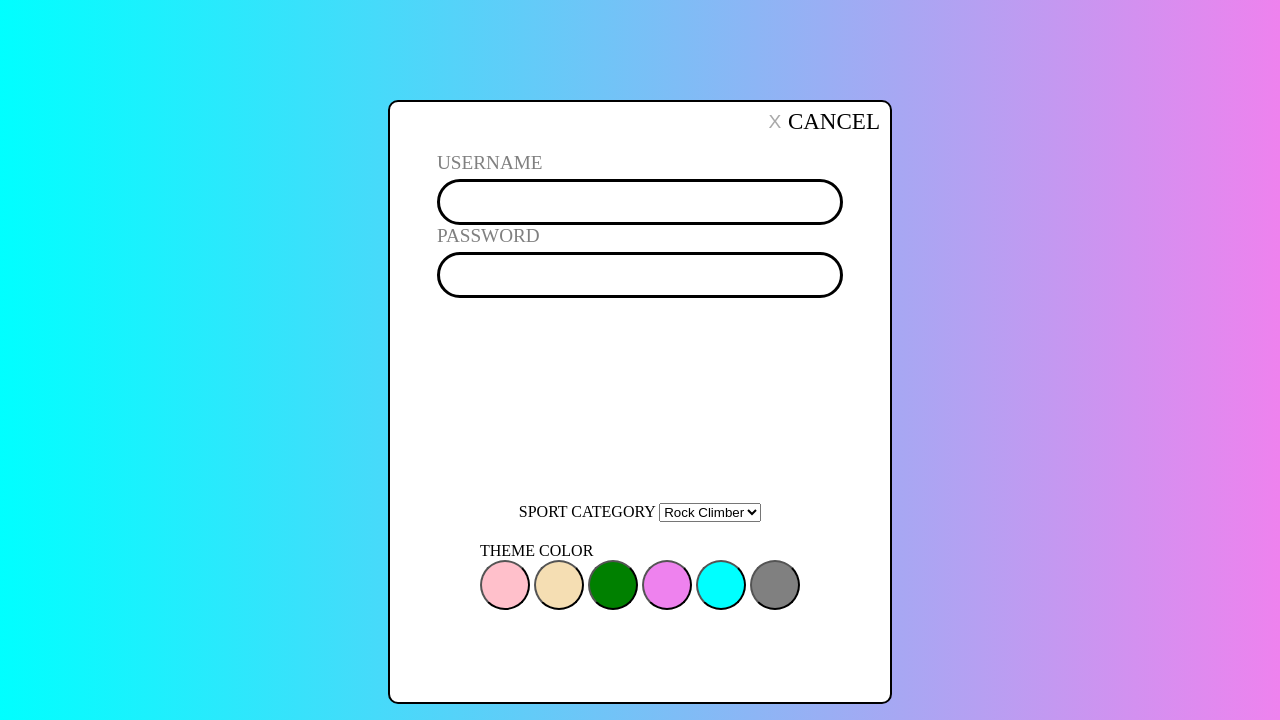
Repository: zRush1202/LoginPage-demo
Page: dom/exercise/login.html
The author's editor kept a copy of each file at every save. The page is drawn from the files as they stood at one save, then again after the next save.
The browser window is 1280 px wide. The pictures show the whole page.

Above is the page before, as saved 2023-09-17 09:38:53.

### dom/exercise/login.html
<!DOCTYPE html>
<html lang="en">
<head>
    <meta charset="UTF-8">
    <meta name="viewport" content="width=device-width, initial-scale=1.0">
    <title>Login page</title>
    <link rel="stylesheet" href="login.css">
</head>
<body>
    <div class="login">
        <div class="cancel">
            <button class="X">X</button>
            <span class="cancel">CANCEL</span>
        </div>
        <div class="tk">
            <span class="us">USERNAME</span>
            <br>
            <input type="USERNAME" class="user">
            <br>
            <span class="pa">PASSWORD</span>
            <br>
            <input type="PASSWORD" class="pass">
            <br>
        </div>
        <div class="lab">
            <label for="sport">SPORT CATEGORY</label>
            <select name="sport" id="sport">
                <option value="rc">Rock Climber</option>
                <option value="fb">Football</option>
                <option value="bkb">basketball</option>
                <option value="sm">swimming</option>
            </select>
        </div>
        <div class="theme">
            <span>THEME COLOR</span>
            <br>
            <button class="bgc" style="background-color: pink;"> </button>
            <button class="bgc" style="background-color: wheat;"> </button>
            <button class="bgc" style="background-color: green;"> </button>
            <button class="bgc" style="background-color: violet;"> </button>
            <button class="bgc" style="background-color: cyan;"> </button>
            <button class="bgc" style="background-color: gray;"> </button>
        </div>
    </div>
</body>
</html>

### dom/exercise/login.css
* {
    margin: 0;
    padding: 0;
}

body {
    display: flex;
    justify-content: center;
    align-items: center;
    position: relative;
    top: 100px;
    background-image: linear-gradient(to right, cyan, violet);
}

.login {
    display: block;
    width: 500px;
    height: 600px;
    background-color: white;
    border: 2px solid black;
    border-radius: 10px;
    position: relative;
    display: flex;
    justify-content: center;
    align-items: center;
}

.cancel {
    position: absolute;
    right: 5px;
    top: 3px;
}

.cancel {
    font-size: 120%;

}

.X {
    height: 20px;
    width: 20px;
    color: darkgray;
    font-size: 100%;
    border: none;
    background-color: transparent;
    position: absolute;
    right: 100px;
    top: 6px;
}

.user, .pass {
    height: 40px;
    width: 400px;
    border-radius: 50px;
    border: 3px solid black;
    margin-top: 5px;

}

.us, .pa {
    position: relative;
    left: 0px;
    font-size: 120%;
    color: gray;
}



.tk {
    position: absolute;
    top: 50px;
}

.bgc {
    height: 50px;
    width: 50px;
    border-radius: 25px;
}

.lab {
    position: absolute;
    bottom: 180px;
}

.theme {
    position: absolute;
    bottom: 90px;

}

After the next save:
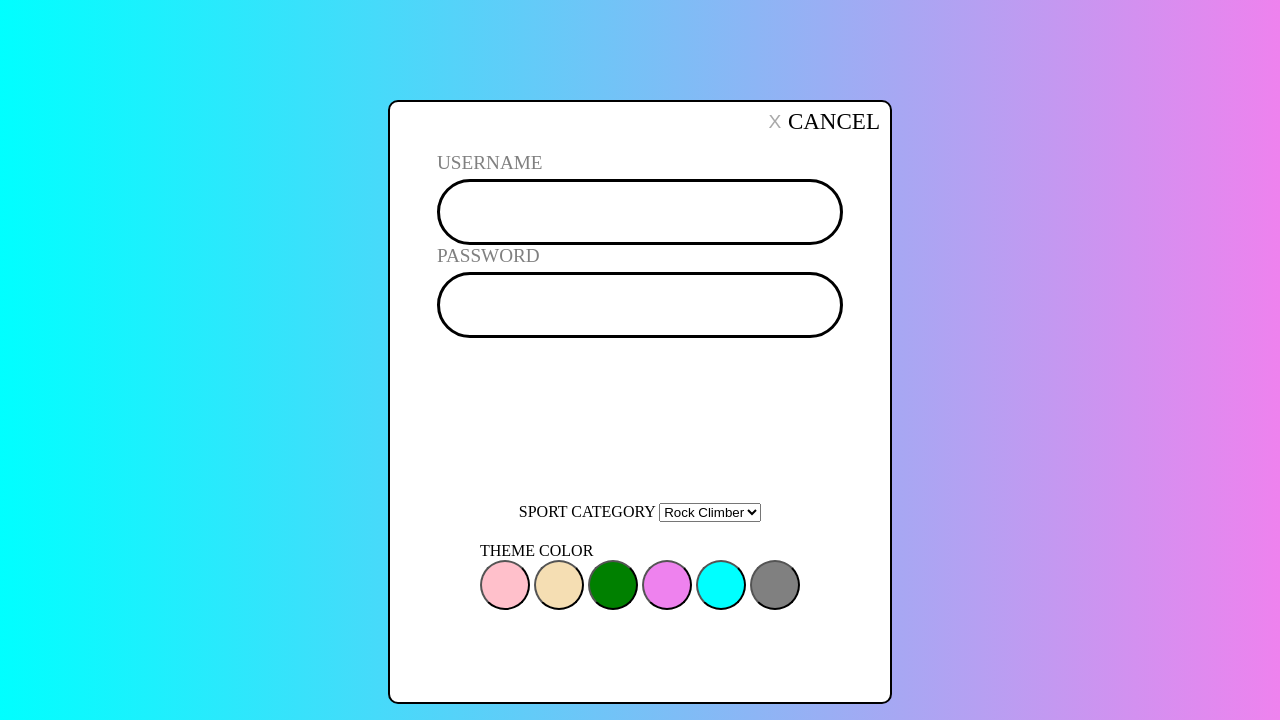
Saved 13 s later.
--- a/dom/exercise/login.css
+++ b/dom/exercise/login.css
@@ -49,7 +49,7 @@ body {
 }
 
 .user, .pass {
-    height: 40px;
+    height: 60px;
     width: 400px;
     border-radius: 50px;
     border: 3px solid black;
